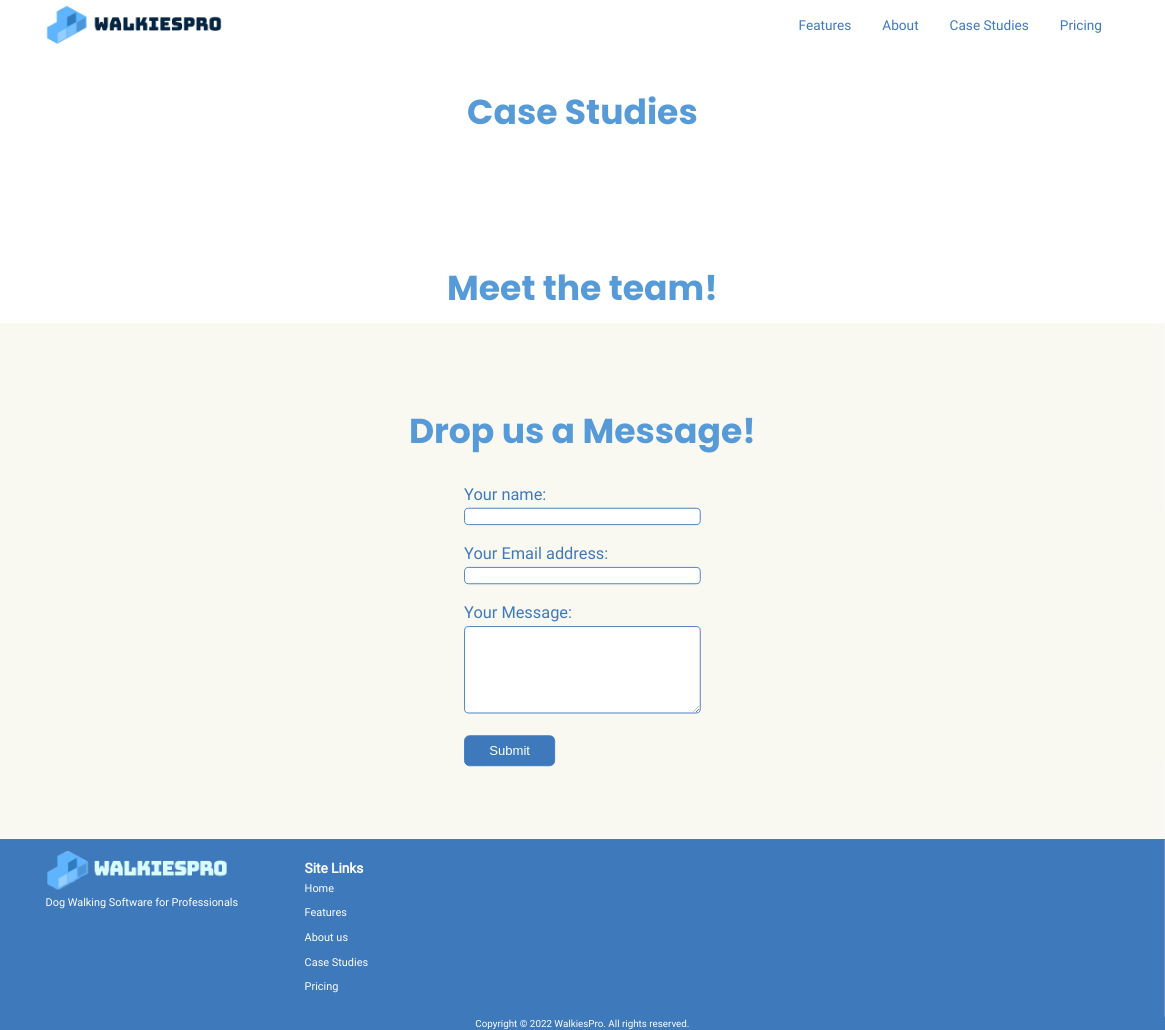
Repository: StevieC87/LAYOUT4
Page: case-studies.html
The author's editor kept a copy of each file at every save. The page is drawn from the files as they stood at one save, then again after the next save.
The browser window is 1280 px wide. The pictures show the whole page, at 91% of full size.

Above is the page before, as saved 2022-01-02 18:20:55.

After the next save:
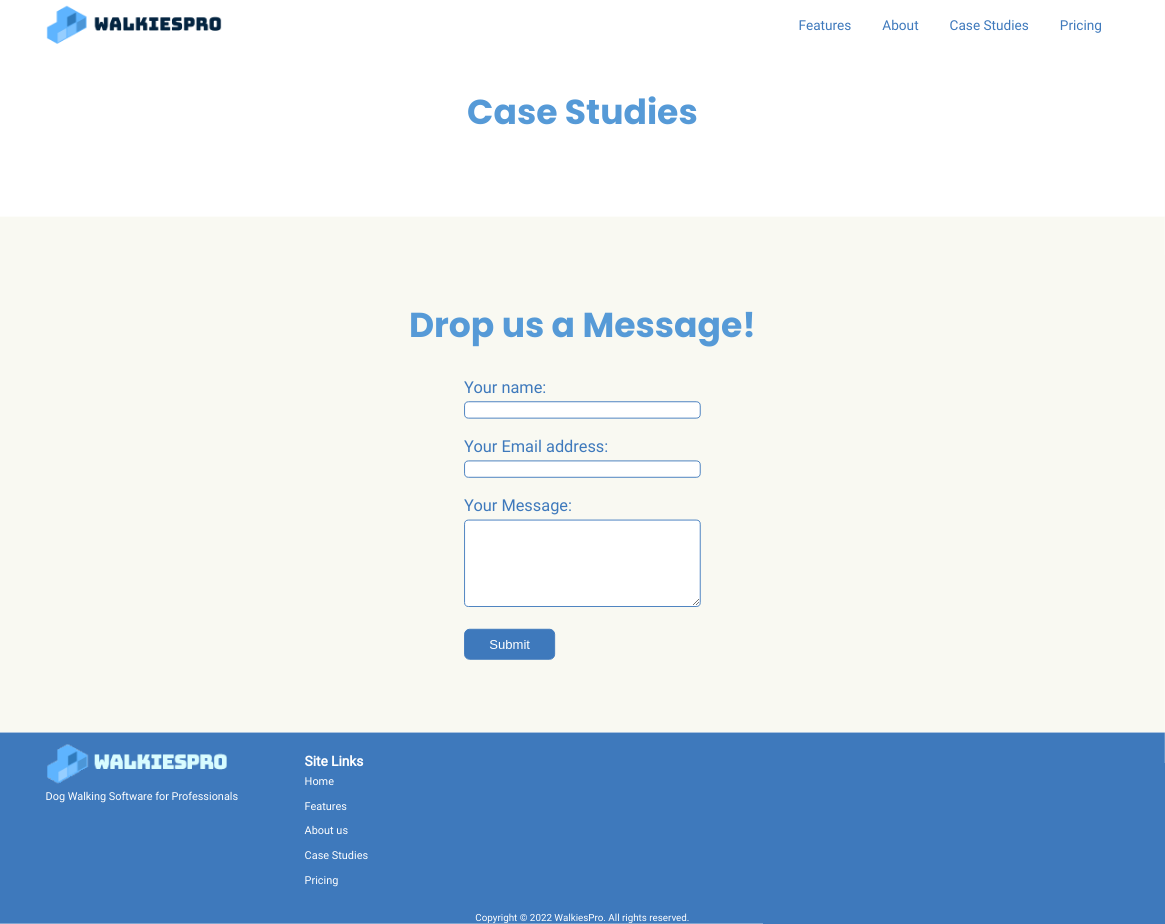
Saved 10 s later.
--- a/case-studies.html
+++ b/case-studies.html
@@ -12,6 +12,7 @@
     <link rel="stylesheet" href="css/fonts.css" />
     <link rel="stylesheet" href="css/utilities.css" />
     <link rel="stylesheet" href="css/mediaqueries.css" />
+    <link rel="stylesheet" href="css/casestudies.css" />
     <!-- THIS js file - deferred so loads at the end -->
     <script type="text/javascript" src="js/scripts.js" defer></script>
 
@@ -59,10 +60,12 @@
       </section>
       <!------------------ case studies  --------------------->
       <section class="casestudieswrapper">
-          <div class="meettheteamh2">
-              <h2> Meet the team! </h2>
-          </div>
+         <div>
+
+
+         </div>
       </section>
+
       <!------------------ CONTACT US SECTION --------------------->
      <section class="contactuswrapper">
        <div class="contactusinnerwrapper">
